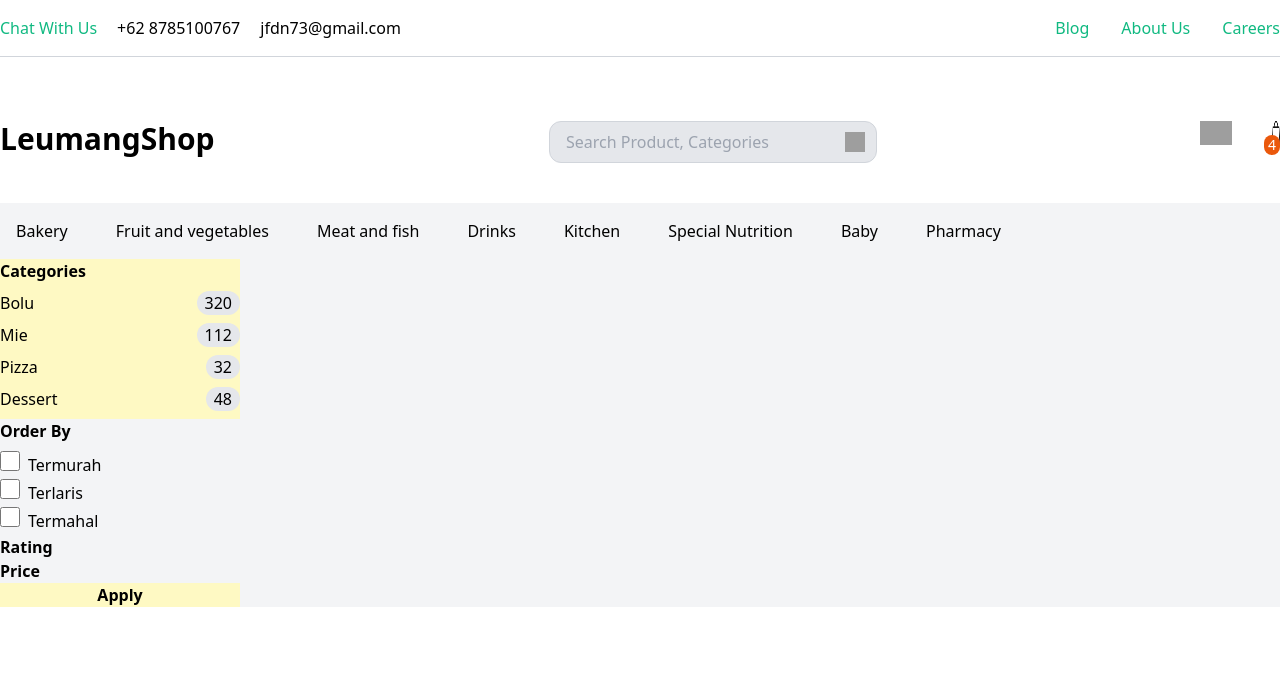
Repository: jafetdn73/ecommerce-tailwind
Page: /
The author's editor kept a copy of each file at every save. The page is drawn from the files as they stood at one save, then again after the next save.
The browser window is 1280 px wide. The pictures show the whole page.
Pictures or frames that could not be fetched are drawn as grey boxes. The project was rebuilt for these pictures with package versions that can differ from the ones it lists, and the page was loaded fresh each time. Also part of the build but not shown: src/App.css.

Above is the page before, as saved 2022-03-13 22:19:41.

### src/App.js
import "./App.css";

function App() {
  return (
    <div className="bg-white container mx-auto">
      <div className="flex justify-between py-4 border-b border-gray-300">
        <div className="flex gap-5">
          <a href="http://google.com" className="text-emerald-500">
            Chat With Us
          </a>
          <a href="http://facebook.com">+62 8785100767</a>
          <a href="http://ggogl.com">jfdn73@gmail.com</a>
        </div>

        <div className="">
          <ul className="flex gap-8 text-emerald-500">
            <li>Blog</li>
            <li>About Us</li>
            <li>Careers</li>
          </ul>
        </div>
      </div>

      <div className="flex justify-between mt-16">
        <h1 className="text-3xl font-bold">LeumangShop</h1>
        <div className="flex w-full justify-center items-center">
          <input
            type="text"
            placeholder="Search Product, Categories"
            className="w-1/3 border border-gray-300 bg-gray-200 rounded-xl pl-4 py-2"
          />
          <img src="/images/search-icon.png" alt="search" className="w-5 h-5 -ml-8"/>
        </div>
        <div className="flex gap-10">
          <img src="/images/user-icon.png" alt="user" className="w-8 h-6"/>
          <div className="relative">
            <img src="/images/cart-icon.png" alt="icon" className="w-8 h-6"/>
            <label className="absolute bottom-2 -left-2 bg-orange-600 text-white py-0.25 px-1 rounded-full text-sm">4</label>
          </div>
        </div>
      </div>

      <div className="bg-gray-100 mt-10 py-4 pl-4 text-base font-medium">
        <ul className="flex gap-12">
          <li>Bakery</li>
          <li>Fruit and vegetables</li>
          <li>Meat and fish</li>
          <li>Drinks</li>
          <li>Kitchen</li>
          <li>Special Nutrition</li>
          <li>Baby</li>
          <li>Pharmacy</li>
        </ul>
        </div>

      {/* Container Wrapper */}
      <div className="bg-gray-100">
        {/* Side Bar Container */}
        <div className="flex flex-col w-60 bg-yellow-100" >
          {/* Categories Container */}
          <div className="flex flex-col">
            <h1 className="font-bold text-base mb-2">Categories</h1>
            <ul>
              <div className="flex justify-between">
                <li>Bolu</li><label className="mb-2 bg-gray-200 pl-2 pr-2 rounded-xl">320</label>
              </div>
              <div className="flex justify-between">
                <li>Mie</li><label className="mb-2 bg-gray-200 pl-2 pr-2 rounded-xl">112</label>
              </div>
              <div className="flex justify-between">
                <li>Pizza</li><label className="mb-2 bg-gray-200 pl-2 pr-2 rounded-xl">32</label>
              </div>
              <div className="flex justify-between">
                <li>Dessert</li><label className="mb-2 bg-gray-200 pl-2 pr-2 rounded-xl">48</label>
              </div>
            </ul>
          </div>
          {/* Order By Categories */}
          <div className="bg-gray-100 flex flex-col">
            <h1 className="font-bold mb-2">Order By</h1>
           <div >
             <input type="checkbox" className="text-green-600 w-5 h-5 mr-2 mb-2">
               </input
               ><label>Termurah</label>
          </div>
          <div>
            <input type="checkbox"  className="bg-lime-600 w-5 h-5 mr-2 mb-2"></input><label>Terlaris</label>
          </div>
          <div>
            <input type="checkbox"  className="bg-lime-600 w-5 h-5 mr-2 mb-2"></input><label>Termahal</label>
          </div>
          </div>
          {/* Rating Container */}
          <div className="bg-gray-100">
          <h1 className="font-bold">Rating</h1>
          </div>
          {/* Price Container */}
          <div className="bg-gray-100">
          <h1 className="font-bold">Price</h1>
          </div>
          <button className="font-bold">Apply</button>
        </div>
        <div className="bg-gray-100">
          <div className="bg-yellow-100">
          </div>
        </div>
      </div>



    </div>
  );
}

export default App;

Loaded but not shown: public/index.html (common file); src/index.js (common file); src/index.css (common file); src/reportWebVitals.js (common file); tailwind.config.js (common file)

After the next save:
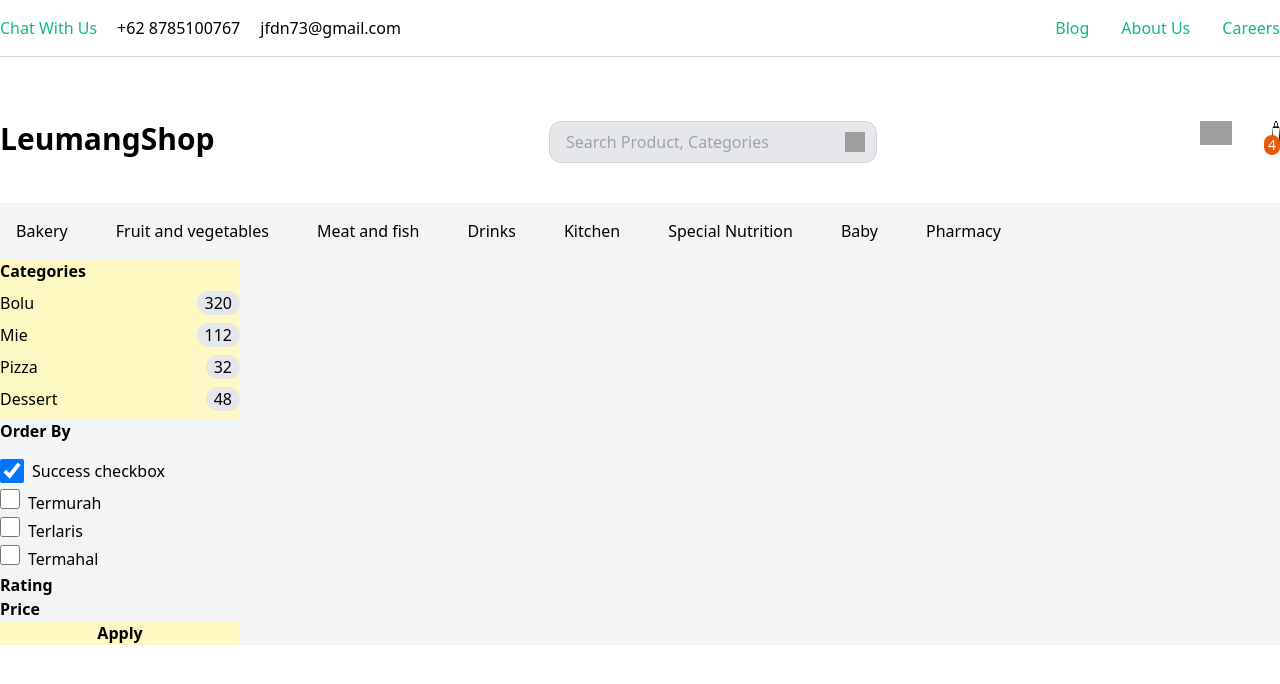
Saved 80 s later.
--- a/src/App.js
+++ b/src/App.js
@@ -78,6 +78,14 @@
           {/* Order By Categories */}
           <div className="bg-gray-100 flex flex-col">
             <h1 className="font-bold mb-2">Order By</h1>
+            <div class="block">
+  <div class="mt-2">
+    <label class="inline-flex items-center">
+      <input type="checkbox" class="w-6 h-6 text-green-600 border-0 rounded-md focus:ring-0" checked />
+      <span class="ml-2">Success checkbox</span>
+    </label>
+  </div>
+</div>
            <div >
              <input type="checkbox" className="text-green-600 w-5 h-5 mr-2 mb-2">
                </input

After the save that followed:
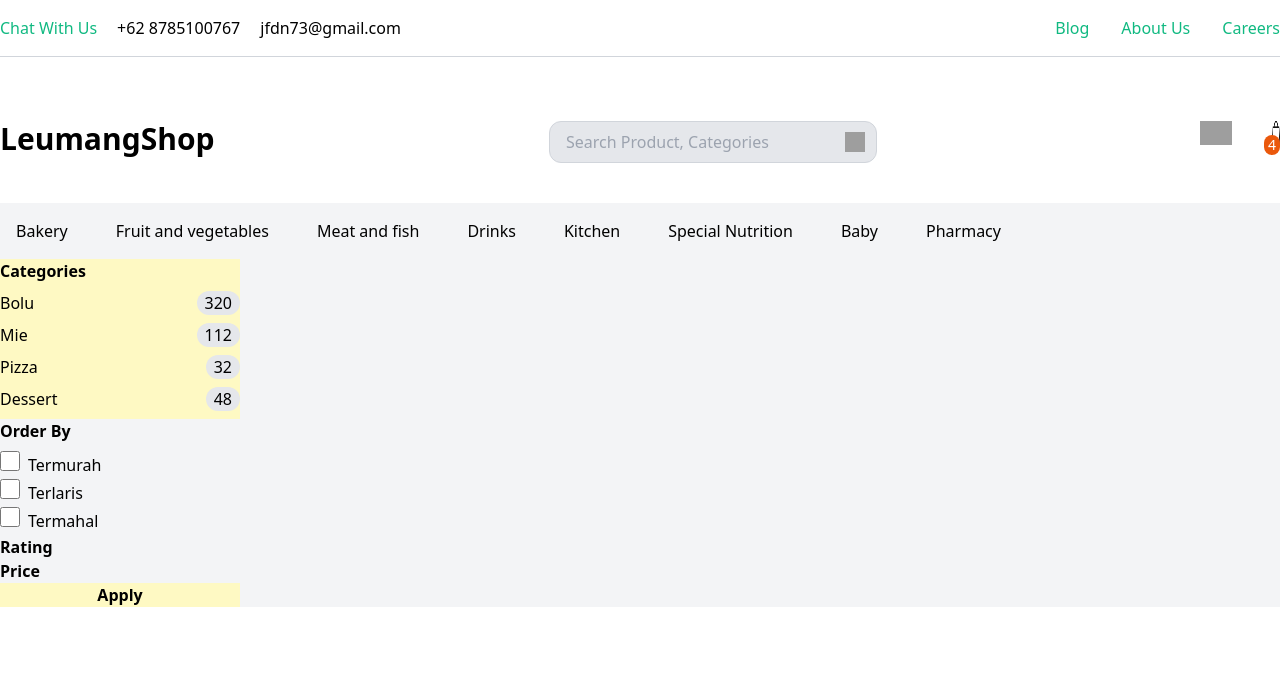
Saved 34 s later.
--- a/src/App.js
+++ b/src/App.js
@@ -78,14 +78,6 @@
           {/* Order By Categories */}
           <div className="bg-gray-100 flex flex-col">
             <h1 className="font-bold mb-2">Order By</h1>
-            <div class="block">
-  <div class="mt-2">
-    <label class="inline-flex items-center">
-      <input type="checkbox" class="w-6 h-6 text-green-600 border-0 rounded-md focus:ring-0" checked />
-      <span class="ml-2">Success checkbox</span>
-    </label>
-  </div>
-</div>
            <div >
              <input type="checkbox" className="text-green-600 w-5 h-5 mr-2 mb-2">
                </input
